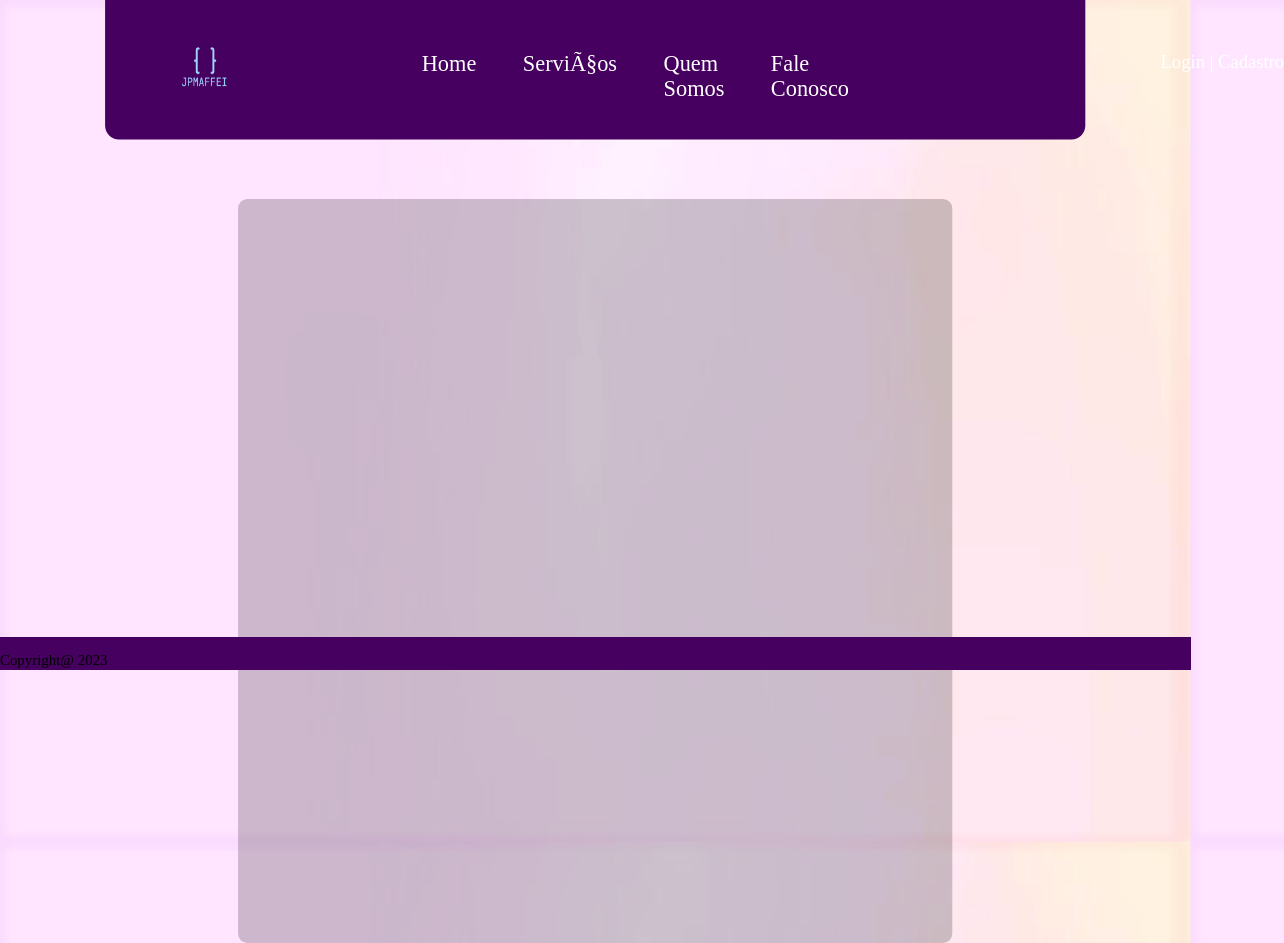
Repository: jpmaffei18/PROJETO_JAVA
Page: http://localhost/FinalWeb/home.jsp
The author's editor kept a copy of each file at every save. The page is drawn from the files as they stood at one save, then again after a run of saves.
The browser window is 1280 px wide. The page is 1381 px wide, then 1350 px, then 1381 px, so the pictures cover 1381 px, including what lies to the right of the window. The pictures show the whole page, at 93% of full size.
Backgrounds fixed to the window are drawn as part of the page. The page is served by Tomcat 9.

Above is the page before, as saved 2023-03-31 14:16:53.

After the next 3 saves:
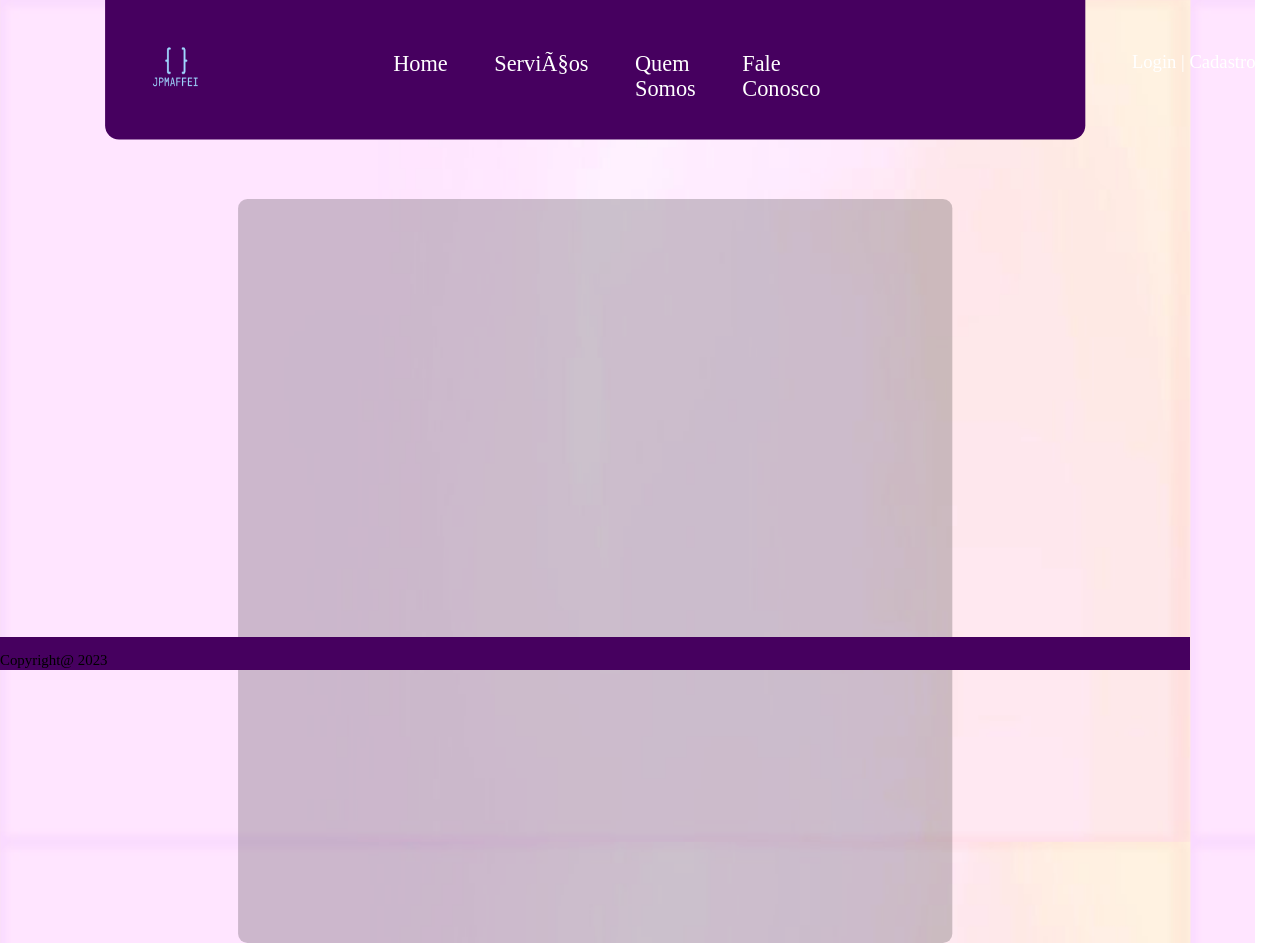
The 3 saves are shown as one change because they came seconds apart.
The last was saved 92 s later.
--- a/FinalWeb/src/main/webapp/home.css
+++ b/FinalWeb/src/main/webapp/home.css
@@ -25,6 +25,7 @@
 
 .logo{
     width: 12%;
+    hegith:100
     margin-left: 3%;
 }
 

After the save that followed:
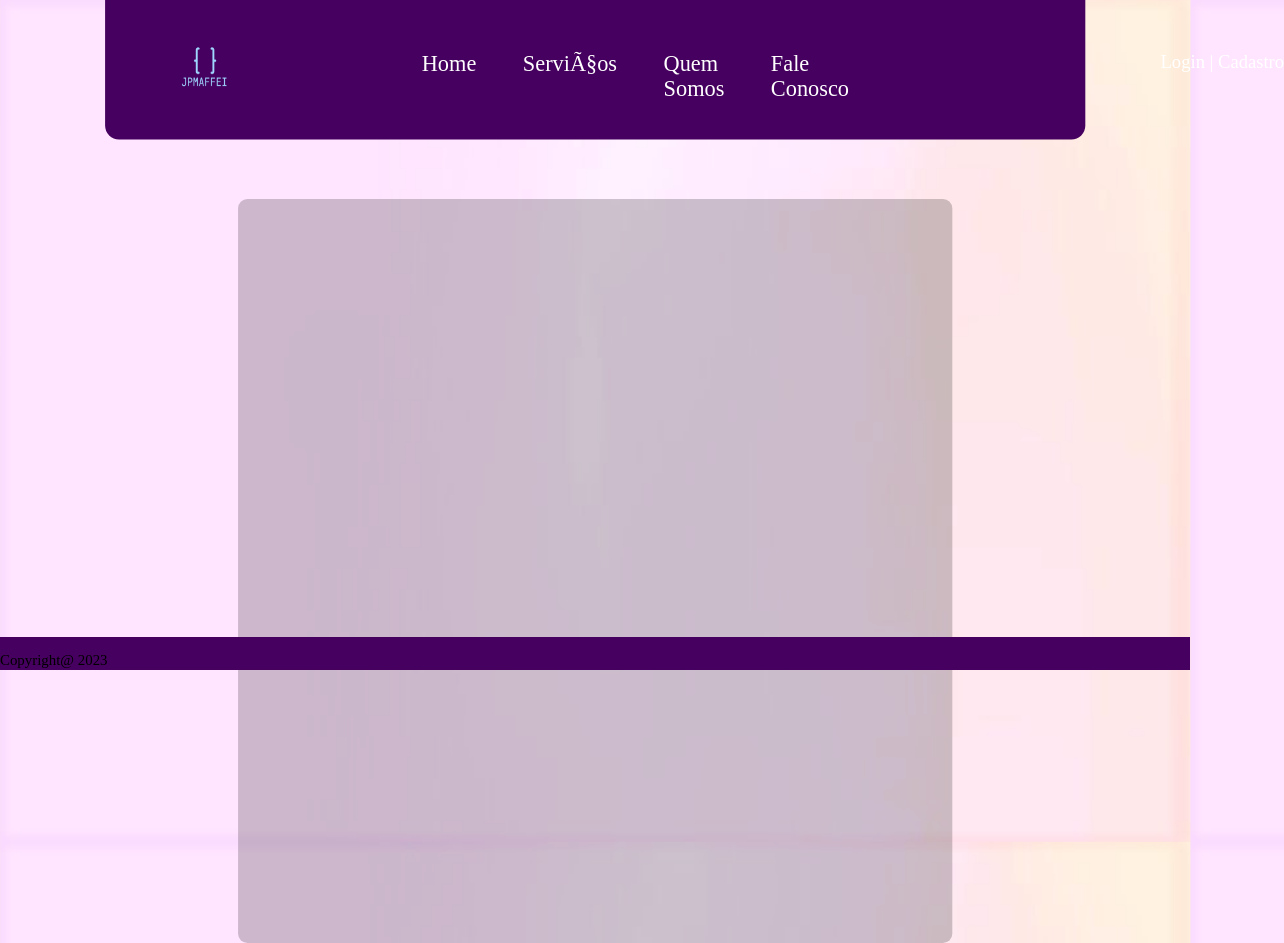
Saved 10 s later.
--- a/FinalWeb/src/main/webapp/home.css
+++ b/FinalWeb/src/main/webapp/home.css
@@ -25,7 +25,7 @@
 
 .logo{
     width: 12%;
-    hegith:100
+    heigth: 100%;
     margin-left: 3%;
 }
 
